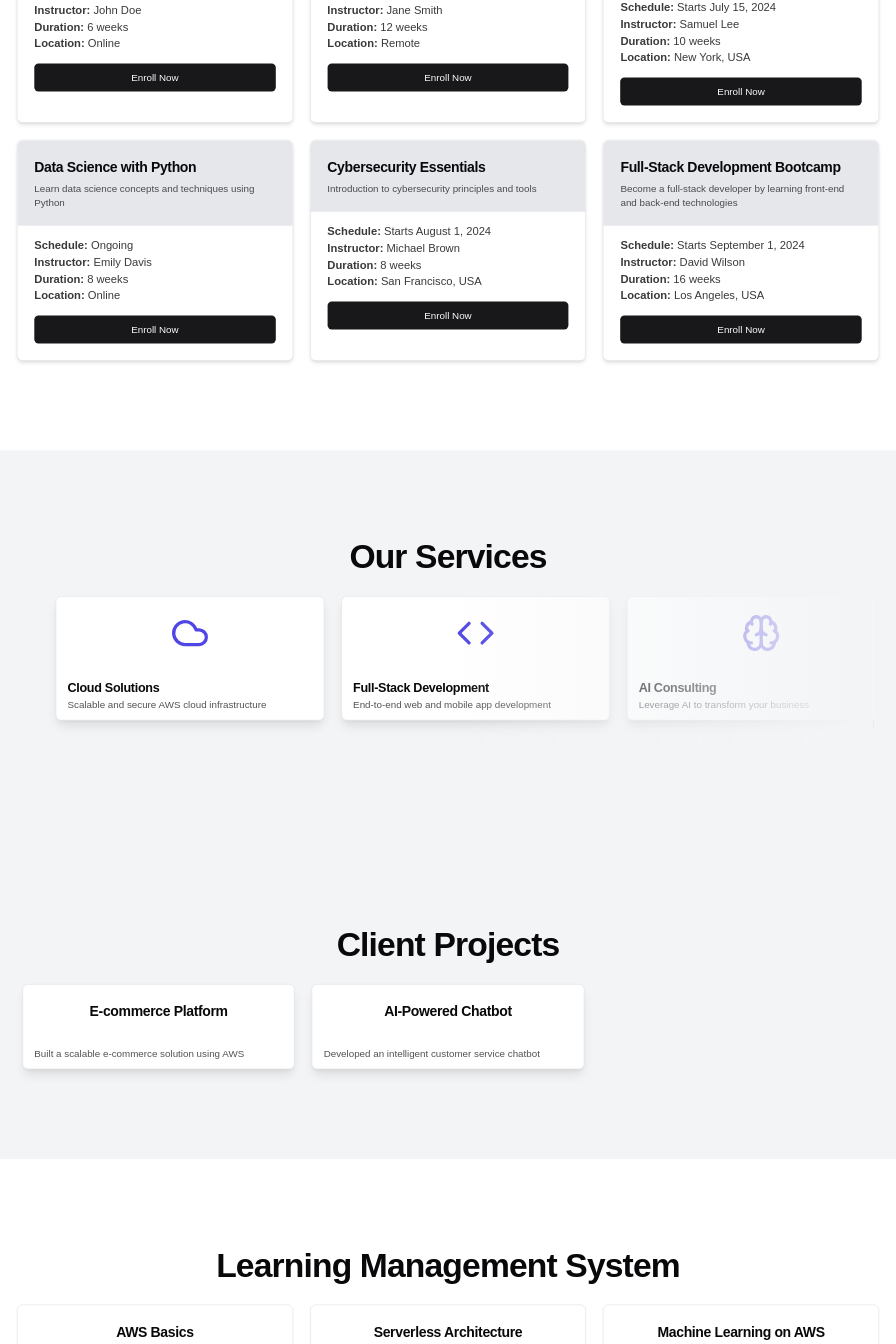
Repository: DiwanMalla/ausbizdemo1
Page: /
An editor plug-in stored every save of this project. The page is shown before and after the next save, followed by the edit.
The browser window is 1280 px wide. The pictures show the part of the page from y = 1041 to 2961 px (the page is 6447 px tall), at 70% of full size.
The project was rebuilt for these pictures with package versions that can differ from the ones it lists, and the page was loaded fresh each time. The framework's server and built-in components were replaced by stand-ins that run in the browser. Also part of the build but not shown: next.config.ts.

Above is the page before, as saved 2024-11-09 19:08:16.

After the next save:
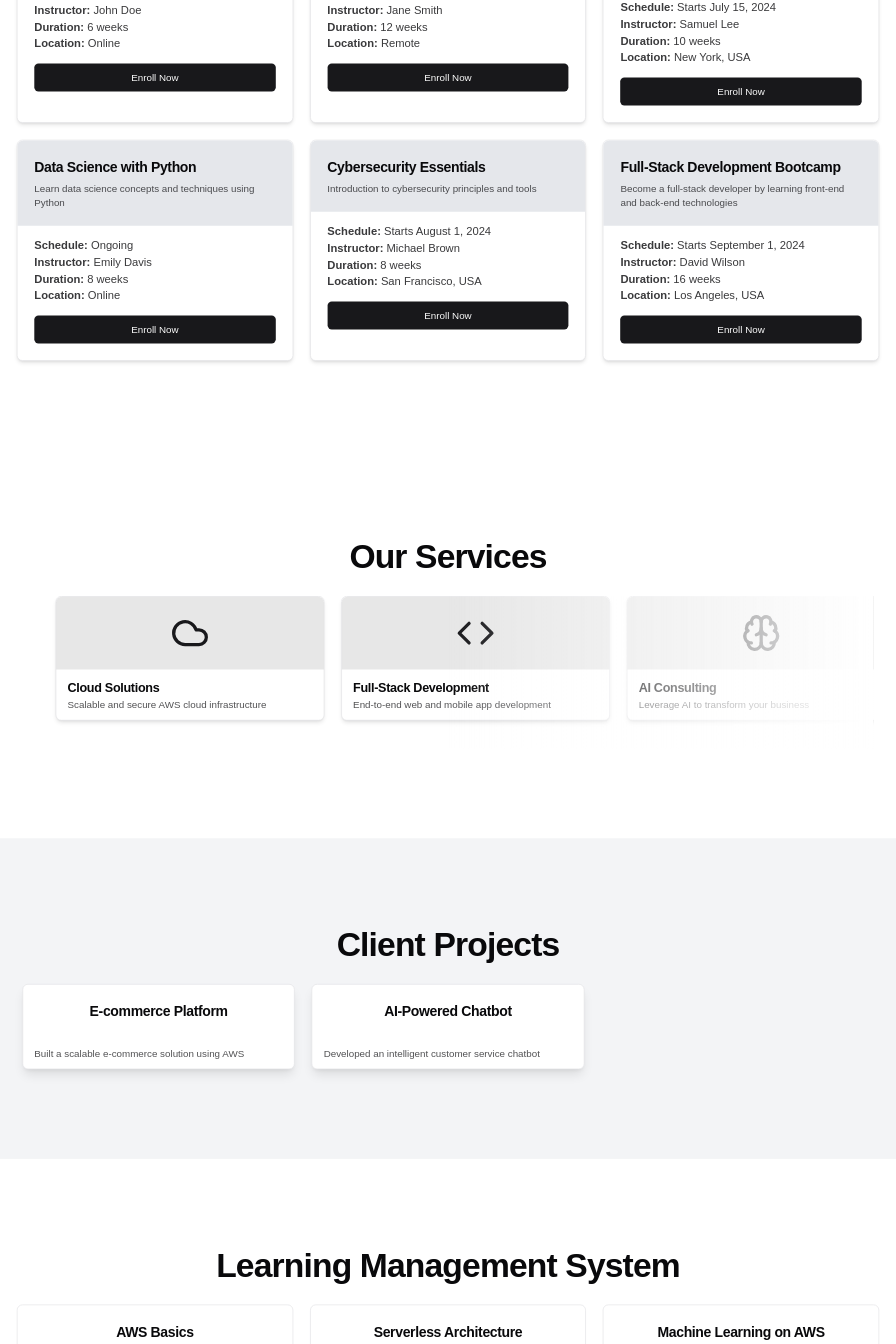
Saved 59 s later.
--- a/components/Services.tsx
+++ b/components/Services.tsx
@@ -44,7 +44,7 @@ const services = [
 
 export default function ServicesCarousel() {
   return (
-    <section className="w-full py-12 md:py-24 lg:py-32 bg-gray-100 dark:bg-gray-800">
+    <section className="w-full py-12 md:py-24 lg:py-32 bg-background dark:bg-gray-900">
       <div className="container mx-auto px-6 md:px-8">
         <h2 className="text-3xl font-bold tracking-tight sm:text-4xl md:text-5xl mb-8 text-center text-foreground">
           Our Services
@@ -54,10 +54,10 @@ export default function ServicesCarousel() {
             {services.map((service, index) => (
               <Card
                 key={index}
-                className="flex-none w-64 sm:w-80 lg:w-96 bg-white shadow-lg rounded-lg transition-all duration-300 transform hover:scale-105 hover:shadow-xl"
+                className="flex-none w-64 sm:w-80 lg:w-96 bg-card shadow-md rounded-lg transition-all duration-300 transform hover:scale-105 hover:shadow-xl dark:bg-card-dark dark:shadow-md-dark"
               >
-                <CardHeader className="flex justify-center items-center p-6">
-                  <service.icon className="w-14 h-14 text-indigo-600" />
+                <CardHeader className="flex justify-center items-center p-6 bg-primary/10 dark:bg-primary/20 rounded-t-lg">
+                  <service.icon className="w-14 h-14 text-primary" />
                 </CardHeader>
                 <CardContent className="px-4 py-3">
                   <CardTitle className="text-lg font-semibold text-foreground">
@@ -70,7 +70,7 @@ export default function ServicesCarousel() {
               </Card>
             ))}
           </div>
-          <div className="absolute top-0 left-0 right-0 bottom-0 bg-gradient-to-r from-transparent via-transparent to-gray-100 pointer-events-none"></div>
+          <div className="absolute top-0 left-0 right-0 bottom-0 bg-gradient-to-r from-transparent via-transparent to-background pointer-events-none"></div>
         </div>
       </div>
     </section>
